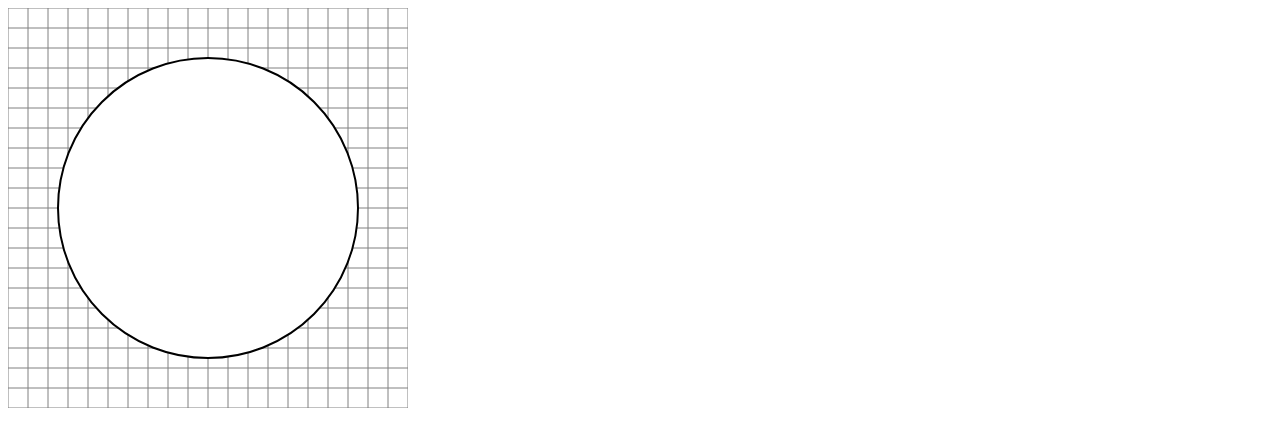
Repository: pedro-mancano/ProjetoCDM204
Page: scripts/radar.html
These files come from the project's save history. The page is drawn as it stood at one moment and after the next save; the edit follows.
The browser window is 1280 px wide. The pictures show the whole page.

Above is the page before, as saved 2024-11-27 08:18:54.

### scripts/radar.html
<html>

<head>
  <title>Radars</title>
  <link rel="stylesheet" type="text/css" href="./radar.css">
</head>

<body>
  <div class="radar">
    <canvas id="radarCanvas" width="400" height="400"></canvas>
  </div>
  <script src="./radar.js"></script>

</html>

### scripts/radar.js
const canvas = document.getElementById('radarCanvas');
const ctx = canvas.getContext('2d');
let lastDraw = performance.now();

function draw(elapsed) {
  ctx.clearRect(0, 0, canvas.width, canvas.height);

  const centerX = canvas.width / 2;
  const centerY = canvas.height / 2;
  const radius = 150;

  // Function to draw the grid
  function drawGrid(ctx, spacing) {
    ctx.beginPath();
    ctx.strokeStyle = 'gray';
    ctx.lineWidth = 1;

    for (let x = 0; x <= canvas.width; x += spacing) {
      ctx.moveTo(x, 0);
      ctx.lineTo(x, canvas.height);
    }

    for (let y = 0; y <= canvas.height; y += spacing) {
      ctx.moveTo(0, y);
      ctx.lineTo(canvas.width, y);
    }

    ctx.stroke();
  }

  // Function to clear outside the circle
  function clearOutsideCircle(ctx, centerX, centerY, radius) {
    // Save the current context state
    ctx.save();

    // Draw the circular path for the inside area
    ctx.beginPath();
    ctx.arc(centerX, centerY, radius, 0, Math.PI * 2);
    ctx.closePath();

    // Clip to the circle
    ctx.clip();

    // Clear everything outside the circle
    ctx.clearRect(0, 0, canvas.width, canvas.height);

    // Restore the original context state
    ctx.restore();
  }

  // Function to draw the circle outline
  function drawCircleOutline(ctx, centerX, centerY, radius) {
    ctx.beginPath();
    ctx.arc(centerX, centerY, radius, 0, Math.PI * 2);
    ctx.strokeStyle = 'black'; // Circle border color
    ctx.lineWidth = 2; // Circle border thickness
    ctx.stroke();
  }

  // Draw the grid
  drawGrid(ctx, 20);

  // Clear the outside of the circle
  clearOutsideCircle(ctx, centerX, centerY, radius);

  // Draw the circle outline
  drawCircleOutline(ctx, centerX, centerY, radius);
}

function drawLoop() {
  draw(performance.now() - lastDraw);
  lastDraw = performance.now();
  requestAnimationFrame(drawLoop);
}

requestAnimationFrame(drawLoop);

Loaded but not shown: scripts/radar.css (no stored copy; drawn as an empty file)

After the next save:
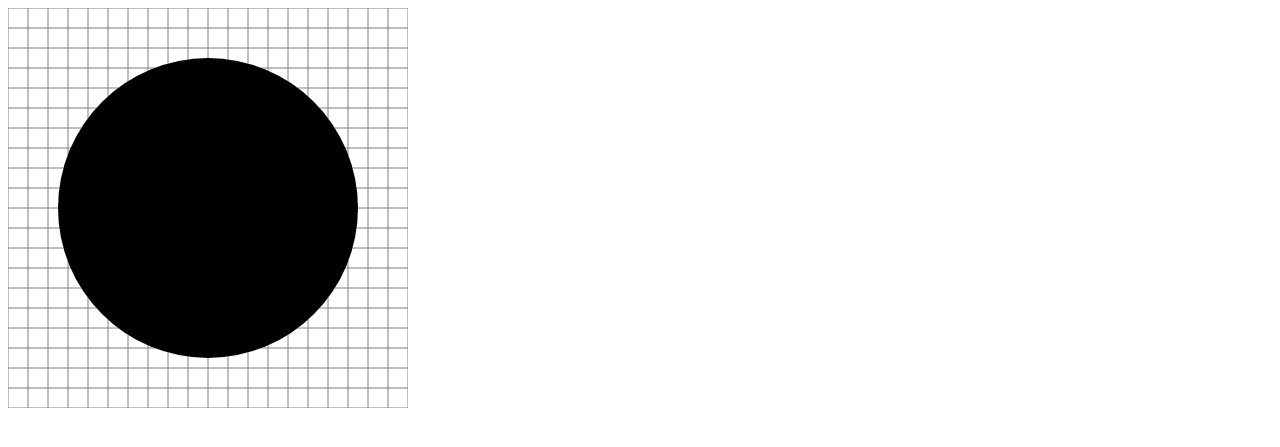
Saved 7 s later.
--- a/scripts/radar.js
+++ b/scripts/radar.js
@@ -54,7 +54,7 @@ function draw(elapsed) {
     ctx.arc(centerX, centerY, radius, 0, Math.PI * 2);
     ctx.strokeStyle = 'black'; // Circle border color
     ctx.lineWidth = 2; // Circle border thickness
-    ctx.stroke();
+    ctx.fill();
   }
 
   // Draw the grid
